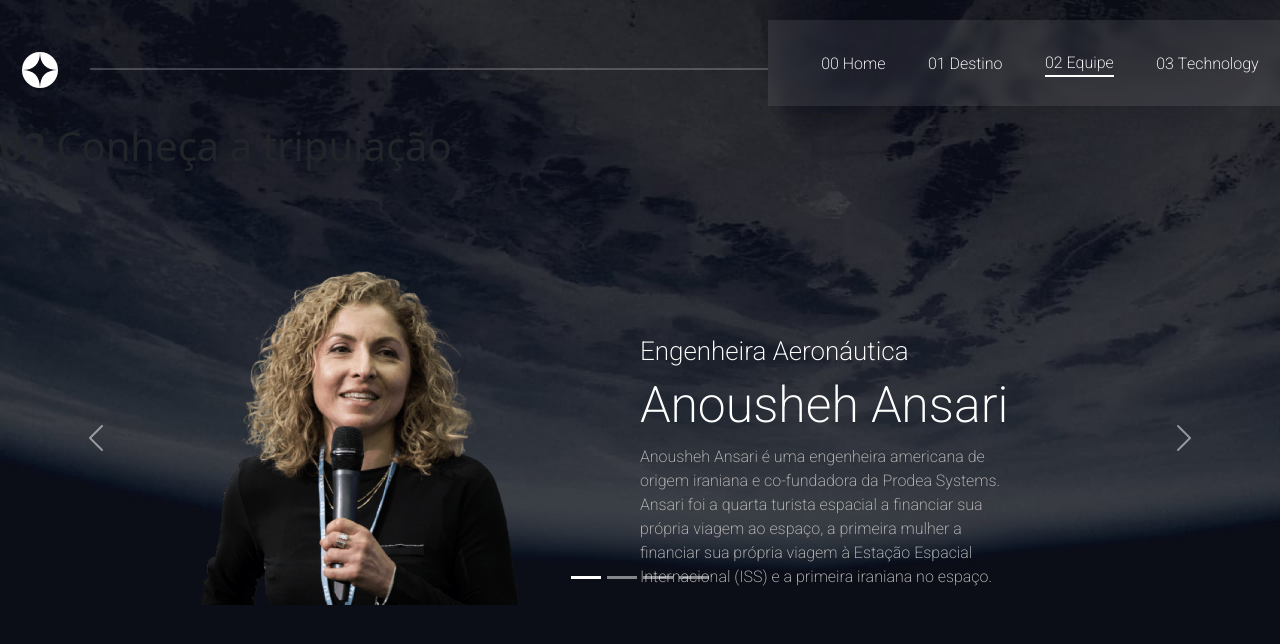
Repository: Leonngc/space-site
Page: crew-commander.html
The author's editor kept a copy of each file at every save. The page is drawn from the files as they stood at one save, then again after the next save.
The browser window is 1280 px wide. The pictures show the whole page.

Above is the page before, as saved 2023-05-01 16:20:19.

### crew-commander.html
<!DOCTYPE html>
<html lang="pt-br">
<head>
  <meta charset="UTF-8">
  <meta name="viewport" content="width=device-width, initial-scale=1, minimum-scale=1">

  <link rel="icon" type="image/png" sizes="32x32" href="./assets/favicon-32x32.png">
  <link rel='stylesheet' href='https://cdn-uicons.flaticon.com/uicons-bold-rounded/css/uicons-bold-rounded.css'>
  <link rel="stylesheet" href="starter-code/styles/menu.css">
  <link rel="stylesheet" href="starter-code/styles/crew.css">

  <link href="https://cdn.jsdelivr.net/npm/bootstrap@5.3.0-alpha3/dist/css/bootstrap.min.css" rel="stylesheet" integrity="sha384-KK94CHFLLe+nY2dmCWGMq91rCGa5gtU4mk92HdvYe+M/SXH301p5ILy+dN9+nJOZ" crossorigin="anonymous">
  <script src="starter-code/script/menu.js" defer></script>
  <title>Frontend Mentor | Space tourism website</title>
</head>
<body>

  <header>
    <a href="index.html" target="_parent"><img src="starter-code/assets/shared/logo.svg" alt="" class="logo"></a>

    <div class="line"></div>
    <nav>
      <button class="menu-button"><i class="fi fi-br-menu-burger"></i></button>
      <ul class="menu">
      <li class="item-menu"><a href="index.html" target="_parent">00 Home</a></li>
      <li class="item-menu"><a href="destination-moon.html" target="_blank">01 Destino</a></li>
      <li class="item-menu page-active"><a href="#">02 Equipe</a></li>
      <li class="item-menu"><a href="#">03 Technology</a></li>
      </ul>
    </nav>
  </header>

  <h1><strong>02</strong> Conheça a tripulação</h1>

  <div id="carouselExampleIndicators" class="carousel slide" style="margin-top: 100px; margin-bottom: 100px;">
    <div class="carousel-indicators">
      <button type="button" data-bs-target="#carouselExampleIndicators" data-bs-slide-to="0" class="active" aria-current="true" aria-label="Slide 1"></button>
      <button type="button" data-bs-target="#carouselExampleIndicators" data-bs-slide-to="1" aria-label="Slide 2"></button>
      <button type="button" data-bs-target="#carouselExampleIndicators" data-bs-slide-to="2" aria-label="Slide 3"></button>
      <button type="button" data-bs-target="#carouselExampleIndicators" data-bs-slide-to="3" aria-label="Slide 4"></button>
    </div>
    <div class="carousel-inner">
      <div class="carousel-item active">
        <img src="starter-code/assets/crew/image-anousheh-ansari.png" class="d-flex w-5" alt="...">
        <div class="text-box">
          <h2>Engenheira Aeronáutica</h2>
          <h3>Anousheh Ansari</h3>

          <p>
            Anousheh Ansari é uma engenheira americana de origem iraniana e co-fundadora da Prodea Systems. Ansari foi a quarta turista espacial a financiar sua própria viagem ao espaço, a primeira mulher a financiar sua própria viagem à Estação Espacial Internacional (ISS) e a primeira iraniana no espaço.
          </p>
        </div>
      </div>
      <div class="carousel-item">
        <img src="starter-code/assets/crew/image-douglas-hurley.png" class="d-flex w-5" alt="...">

          <div class="text-box">
            <h2>Comandante</h2>
            <h3>Douglas Hurley</h3>
              <p>
                Douglas Gerald Hurley é um engenheiro, ex-piloto do Corpo de Fuzileiros Navais dos Estados Unidos e ex-astronauta da NASA. Ele foi lançado ao espaço pela terceira vez como comandante da missão Crew Dragon Demo-2.
              </p>
          </div>
      </div>
      <div class="carousel-item">
        <img src="starter-code/assets/crew/image-mark-shuttleworth.png" class="d-flex w-5" alt="...">
        <div class="text-box">
          <h2>Especialista em missões</h2>
          <h3>Mark Shuttleworth</h3>
          <p>
            Mark Richard Shuttleworth é o fundador e CEO da Canonical, a empresa por trás do sistema operacional baseado em Linux, o Ubuntu. Shuttleworth se tornou o primeiro sul-africano a viajar para o espaço como turista espacial.
          </p>
        </div>
      </div>
      <div class="carousel-item">
        <img src="starter-code/assets/crew/image-victor-glover.png" class="d-flex w-5" alt="...">
        <div class="text-box">
          <h2>Piloto</h2>
          <h3>Victor Glover</h3>
          <p>
            Piloto do primeiro voo operacional da nave SpaceX Crew Dragon para a Estação Espacial Internacional. Glover é comandante na Marinha dos Estados Unidos, onde pilota um F/A-18. Ele foi membro da tripulação da Expedição 64 e atuou como engenheiro de sistemas de voo da estação.
          </p>
        </div>
      </div>

    </div>
    <button class="carousel-control-prev" type="button" data-bs-target="#carouselExampleIndicators" data-bs-slide="prev">
      <span class="carousel-control-prev-icon" aria-hidden="true"></span>
      <span class="visually-hidden">Previous</span>
    </button>
    <button class="carousel-control-next" type="button" data-bs-target="#carouselExampleIndicators" data-bs-slide="next">
      <span class="carousel-control-next-icon" aria-hidden="true"></span>
      <span class="visually-hidden">Next</span>
    </button>
  </div>


</body>

<script src="https://cdn.jsdelivr.net/npm/@popperjs/core@2.11.7/dist/umd/popper.min.js" integrity="sha384-zYPOMqeu1DAVkHiLqWBUTcbYfZ8osu1Nd6Z89ify25QV9guujx43ITvfi12/QExE" crossorigin="anonymous"></script>
<script src="https://cdn.jsdelivr.net/npm/bootstrap@5.3.0-alpha3/dist/js/bootstrap.min.js" integrity="sha384-Y4oOpwW3duJdCWv5ly8SCFYWqFDsfob/3GkgExXKV4idmbt98QcxXYs9UoXAB7BZ" crossorigin="anonymous"></script>
</html>

### starter-code/styles/menu.css
@import url('https://fonts.googleapis.com/css2?family=Heebo:wght@200&display=swap');

*{
    padding: 0;
    margin: 0;
}


header{
    display: flex;
    justify-content: space-between;
}

.menu{
    display: none;
    margin-top: 20px;
    display: flex;
    width: 40vw ;
    height: 12vh;
    position: relative;
    list-style: none;
    overflow-x: hidden;
    background: rgba(255, 255, 255, 0.21);
    background: rgba(255, 255, 255, 0.08);
    box-shadow: 0 4px 30px rgba(0, 0, 0, 0.1);
    backdrop-filter: blur(5px);
    -webkit-backdrop-filter: blur(5px);
}

.item-menu{
    margin: auto;
}

.item-menu a{
    text-decoration: none;
    font-family: 'Heebo', sans-serif;
    color: white;
}


.line{
    background-color:  rgba(255, 255, 255, 0.21);
    height: 2px;
    width: 1110px;
    margin-top: 68px;
    margin-left: 30px;
}

.logo{
    margin-top: 50px;
    margin-left: 20px;
    width: 40px;
    height: 40px;
    padding: 2px;
}

.page-active{
    border-bottom: 2px solid white;
}

ul li > a:hover{
    font-size: 18px;
    transition: 2s;
}

.menu-button{
    display: none;
}



@media (max-width: 999px){
    .line{
        display: none;
    }
    body{
        overflow-x: hidden;
        max-width: 100vw;
    }


    .menu{
        position: absolute;
        right: 0;
        flex-direction: column;
        width: 80vw;
        height: 90vh;
        z-index: 10000;
        margin: 0;
        border-top-left-radius: 15px;
        border-bottom-left-radius: 15px;
        transform: translateX(100%);
        transition: transform 0.6s ease-in;
        background: rgba(0, 0, 0, 0.392);
        background: rgba(0, 0, 0, 0.545);
        box-shadow: 0 4px 30px rgba(0, 0, 0, 0.1);
        backdrop-filter: blur(5px);
        -webkit-backdrop-filter: blur(5px);
    }




    .menu li{
       color: white;
       font-size: 18px;
       font-weight: bold;
    }

    .menu-button{
        display: block;
        font-size: 40px;
        color: white;
        background: none;
        border: none;
        padding: 10px;
        margin-top: 40px;
    }

    ul.active{
        transform: translateX(0);
    }

}

### starter-code/styles/crew.css
@import url('https://fonts.googleapis.com/css2?family=Barlow&display=swap');
@import url('https://fonts.googleapis.com/css2?family=Heebo:wght@200&display=swap');
/*  font-family: 'Barlow', sans-serif;
    font-family: 'Heebo', sans-serif;
*/

:root{
    --title-font: 'Barlow';
    --paragraph-font: 'Heebo';
}




body{
    background-image: url(../assets/crew/background-crew-desktop.jpg);
    background-size: cover;
    background-repeat: no-repeat;
}



.carousel-inner img{
    margin: 0;
    margin-left: 200px;
    width: 320px;
}

.text-box{
    position: absolute;
    top: 20%;
    left: 50%;
    color: white;
    width: 30vw;
    font-family: var(--paragraph-font);
}

.text-box > h2{
    font-size: 26px;
}

.text-box > h3{
    font-size: 50px;
}

.text-box > p{
    color: #b4b3b3;
}

### starter-code/script/menu.js
class MobileNavbar{
    constructor(mobileMenu, navList, navLink){
        this.mobileMenu = document.querySelector(mobileMenu);
        this.navList = document.querySelector(navList);
        this.navLink = document.querySelector(navLink);
        this.activeClass = "active";
        this.handleClick = this.handleClick.bind(this)

    }

    handleClick(){
        this.mobileMenu.classList.toggle(this.activeClass)
    }

    addClickEvent(){
        this.mobileMenu.addEventListener("click", this.handleClick);
    }

    init(){
        if(this.mobileMenu){
            this.addClickEvent();
        }
        return this;
    }
}

const mobileNavbar = new MobileNavbar(
    "nav",
    "ul",
    "ul li",
);

mobileNavbar.init()

After the next save:
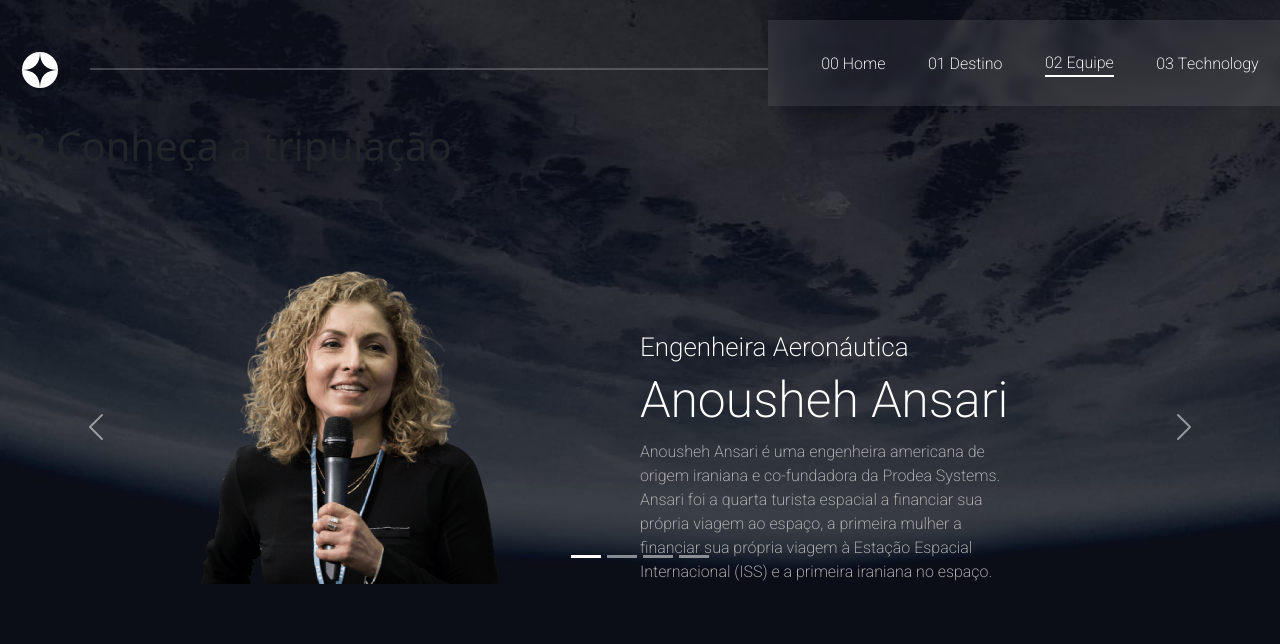
Saved 4 s later.
--- a/starter-code/styles/crew.css
+++ b/starter-code/styles/crew.css
@@ -23,7 +23,7 @@ body{
 .carousel-inner img{
     margin: 0;
     margin-left: 200px;
-    width: 320px;
+    width: 300px;
 }
 
 .text-box{
